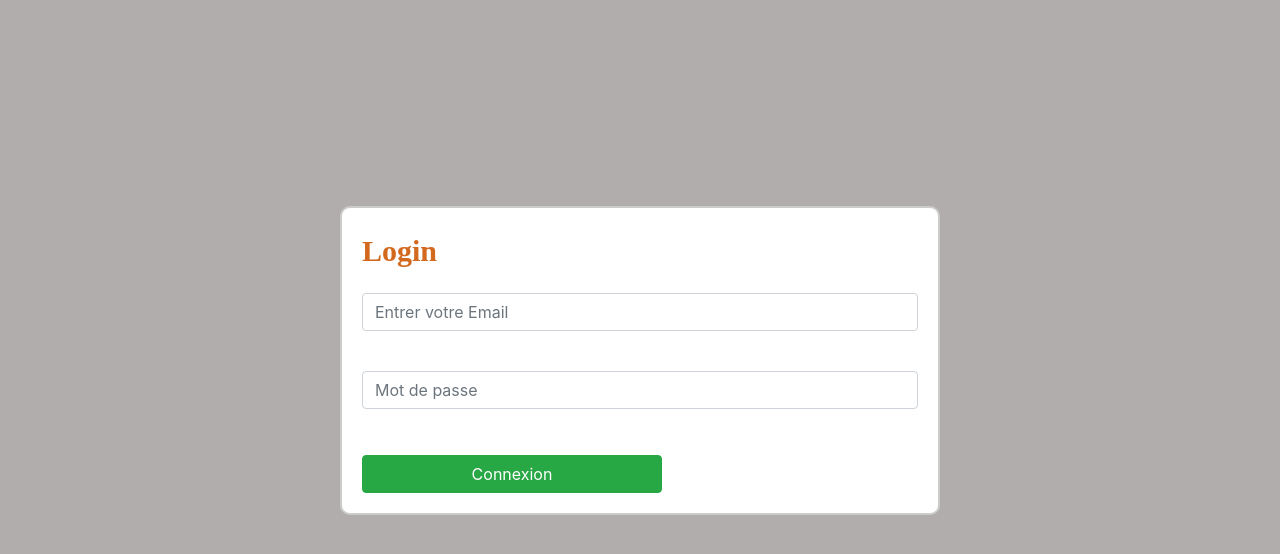
Repository: DiaryRz/FrontWeb
Page: /
An editor plug-in stored every save of this project. The page is shown before and after a run of saves, followed by the edit.
The browser window is 1280 px wide. The pictures show the whole page.
The project was rebuilt for these pictures with package versions that can differ from the ones it lists, and the page was loaded fresh each time. Also part of the build but not shown: src/component/css/Header.css, src/component/Header.jsx, src/page/css/AppAffichage.css, src/component/css/NavBar.css, src/component/NavBar.jsx, src/component/css/Model.css, src/component/InsertModel.jsx, src/page/AppAffichage.jsx and 26 more.

Above is the page before, as saved 2024-01-28 21:04:13.

### src/App.js
import AppAffichage from './page/AppAffichage';
import Liste from './page/Carburant';
import InsertionBoiteDeVitesse from './page/BoiteDeVitesse';
import InsertionLieu from './page/Lieu';
import InsertionMarque from './page/Marque';
import ListeDesLieux from './page/SelectLieu';
import Login from './component/Login';
import InsertionCategorie from './component/InsertionCategorie';
import ListeCarburant from './page/ListeCarburant';
import ListeCategorie from './page/ListeCategorie';
import Recherche from './page/Recherche';
import AnnonceAValider from './page/AnnonceAValiderPage';
import Chart from './page/ChartPage';
import { BrowserRouter, Route, Routes } from 'react-router-dom';
import ListeDesVit from './page/ListeBoiteDeVitessePage';
import ListeDesMar from './page/ListeMarquePage';

function App() {
  return (
    <div className="App">
      <BrowserRouter>
        <Routes>
          <Route path='/' element = {<Login/> }></Route>
          <Route path='/insertionModel' element={ <AppAffichage /> }></Route>     {/* Insertion model */}
          <Route path='/InsertionCarburant' element={ <Liste /> }></Route>
          <Route path='/InsertionBoiteDeVitesse' element={ <InsertionBoiteDeVitesse /> }></Route>
          <Route path='/InsertionLieu' element={ <InsertionLieu /> }></Route>
          <Route path='/InsertionMarque' element={ <InsertionMarque /> }></Route>
          <Route path='/SelectLieu' element={ <ListeDesLieux /> }></Route>
          <Route path='/insertionCategorie' element = {<InsertionCategorie/> }></Route>
          <Route path='/ListeCarburant' element = {<ListeCarburant/> }></Route>
          <Route path='/Recherche' element = {<Recherche/> }></Route>
          <Route path='/ListeCategorie' element = {<ListeCategorie/> }></Route>
          <Route path='/ListeBoiteVitesse' element = {<ListeDesVit/> }></Route>
          <Route path='/ListeMarque' element = {<ListeDesMar/> }></Route>
          <Route path='/AnnonceAValider' element = {<AnnonceAValider/> }></Route>
          <Route path='/statistic' element = {<Chart/> }></Route>
        </Routes>
      </BrowserRouter>
    </div>
  );
}

export default App;

### src/component/Login.js
import React, { useState } from 'react';
import { useNavigate } from 'react-router-dom';


 /* Login.css */
 const loginContainer = {
    display:'flex',
    justifyContent: 'center',
    alignItems: 'center',
    height: '100vh',
    background: '#b2adad',
};


const loginForm = {
    width: '600px',
    padding: '20px',
    border: '2px solid #ccc',
    borderRadius:'10px',
    backgroundColor: 'white',

};

const Login = () => {
    const [nomUtilisateur, setnomUtilisateur] = useState('');
    const [mdp, setmdp] = useState('');
    const navigate = useNavigate();

    const Inserer = async (e) => {
        e.preventDefault();
        const lieu = { nomUtilisateur, mdp };

        try {
            const response = await fetch('http://localhost:8081/utilisateurs/verifierUser', {
                method: 'POST',
                headers: { 'Content-Type': 'application/json' },
                body: JSON.stringify(lieu),
            });

            if (!response.ok) {
                throw new Error(`Erreur lors de la requête : ${response.status}`);
            } else {
                const responseData = await response.text();

                localStorage.setItem("token", responseData);
                console.log(localStorage.getItem("token"));
                navigate('/insertionModel');
            }
        } catch (error) {
            console.error('Une erreur s\'est produite lors de la requête :', error.message);
            // Vous pouvez ajouter ici la gestion de l'erreur, par exemple afficher un message à l'utilisateur.
        }
    };


    return (
        <form onSubmit={Inserer}>
           <div style={loginContainer}>
                    <form style={loginForm}>
                        <div style={{ fontSize: '30px',fontFamily:'serif', marginBottom: '20px' ,color:'chocolate'}}><b>Login</b></div>
                        <div className="mb-3">
                            <input type="email" className="form-control" placeholder="Entrer votre Email" value={nomUtilisateur} onChange={(e) => setnomUtilisateur(e.target.value)} />
                        </div>
                        <div className="mb-3" style={{marginTop:'40px'}}>
                            <input type="password" className="form-control" placeholder="Mot de passe" value={mdp} onChange={(e) => setmdp(e.target.value)} />
                        </div>
                        <button type="submit" className="btn btn-success" style={{width:'300px',marginTop:'30px'}}>
                            Connexion
                        </button>
                    </form>

                </div>
        </form>
    );
};

export default Login;

Loaded but not shown: public/index.html (common file); src/index.js (common file); src/index.css (common file); src/reportWebVitals.js (common file); src/assets/bootstrap/css/bootstrap.min.css (library)

After the next 2 saves:
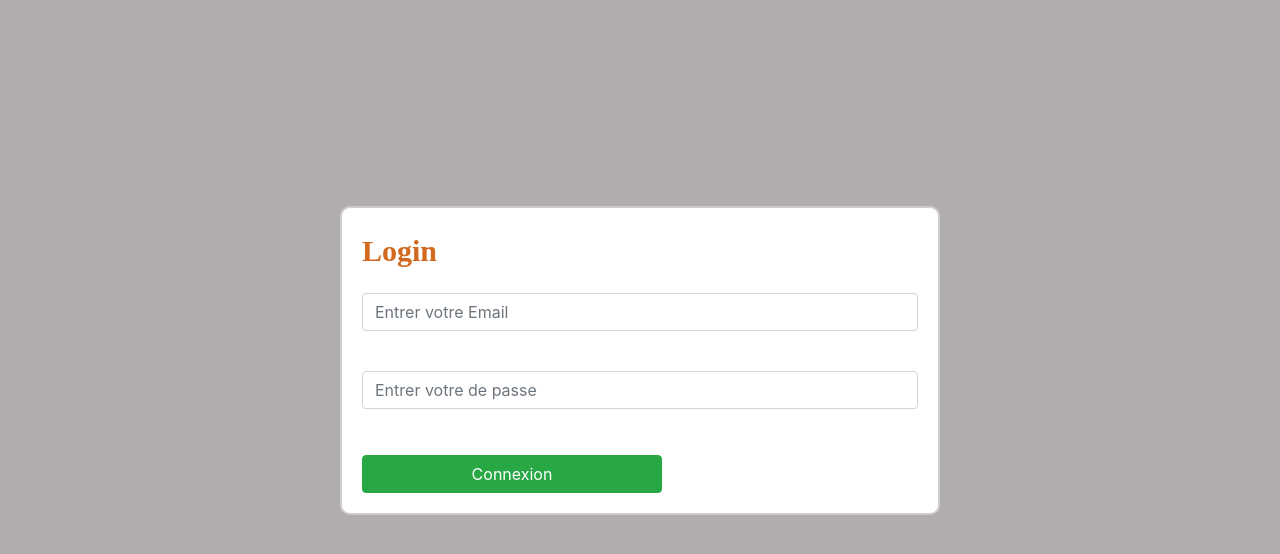
The 2 saves are shown as one change because they came seconds apart.
The last was saved 13 s later.
--- a/src/component/Login.js
+++ b/src/component/Login.js
@@ -62,7 +62,7 @@ const Login = () => {
                             <input type="email" className="form-control" placeholder="Entrer votre Email" value={nomUtilisateur} onChange={(e) => setnomUtilisateur(e.target.value)} />
                         </div>
                         <div className="mb-3" style={{marginTop:'40px'}}>
-                            <input type="password" className="form-control" placeholder="Mot de passe" value={mdp} onChange={(e) => setmdp(e.target.value)} />
+                            <input type="password" className="form-control" placeholder="Entrer votre de passe" value={mdp} onChange={(e) => setmdp(e.target.value)} />
                         </div>
                         <button type="submit" className="btn btn-success" style={{width:'300px',marginTop:'30px'}}>
                             Connexion
